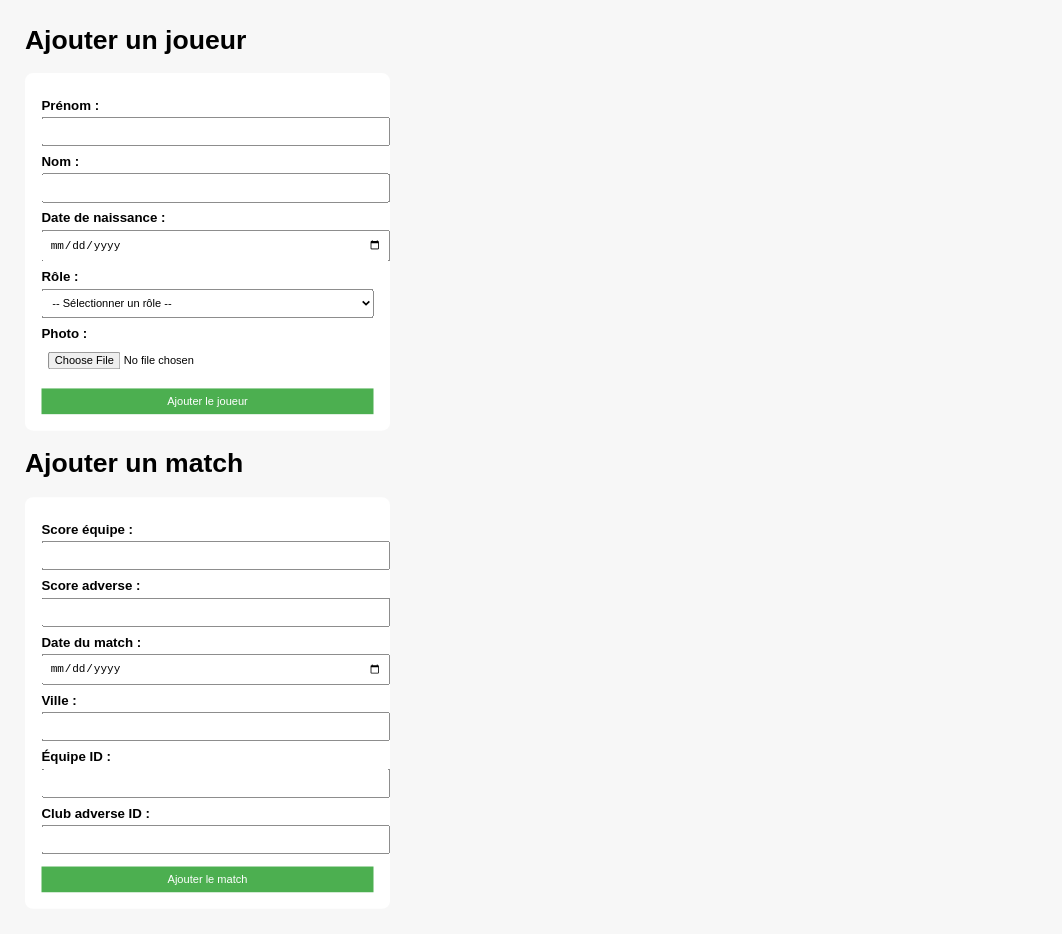
Repository: Valentin-Godard/Foot-2-Club
Page: http://localhost/public/index.php
An editor plug-in stored every save of this project. The page is shown before and after the next save, followed by the edit.
The browser window is 1280 px wide. The pictures show the whole page, at 83% of full size.
The page is run by PHP 8.4 with error messages shown; the project is at /var/www/html/. Queries for data that is not in the repository find no rows.

Above is the page before, as saved 2025-10-10 16:38:04.

### public/index.php
<?php

require_once __DIR__ . '/../src/autoload.php';
require_once __DIR__ . '/../includes/database.php'; // $pdo défini ici

use App\Model\Joueur;
use App\Model\MatchFoot;
use App\Enum\Role;
use App\Database\JoueurDatabase;
use App\Database\MatchDatabase;

$message = "";

// Instanciation des objets Database
$joueurDb = new JoueurDatabase($pdo);
$matchDb = new MatchDatabase($pdo);

// --- Gestion du formulaire Joueur ---
if ($_SERVER["REQUEST_METHOD"] === "POST" && isset($_POST['form_type']) && $_POST['form_type'] === 'joueur') {
    $prenom = trim($_POST["prenom"]);
    $nom = trim($_POST["nom"]);
    $dateNaissance = new DateTime($_POST["date_naissance"]);
    $roleValue = $_POST["role"] ?? null;

    // Validation du rôle
    $role = null;
    try {
        $role = Role::from($roleValue);
    } catch (ValueError $e) {
        $message = "❌ Rôle invalide.";
    }

    // Gestion de la photo
    $photoName = "";
    if (!empty($_FILES["photo"]["name"])) {
        $uploadDir = __DIR__ . "/uploads/";
        if (!is_dir($uploadDir)) mkdir($uploadDir, 0777, true);
        $photoName = basename($_FILES["photo"]["name"]);
        $targetPath = $uploadDir . $photoName;
        if (!move_uploaded_file($_FILES["photo"]["tmp_name"], $targetPath)) {
            $message = "❌ Erreur lors de l’upload de la photo.";
        }
    }

    // Création du joueur
    if (empty($message) && $role !== null) {
        $joueur = new Joueur(null, $prenom, $nom, $dateNaissance, $role, $photoName);
        $joueurDb->insert($joueur);
        $message = "✅ Joueur ajouté avec succès !";
    }
}

// --- Gestion du formulaire Match ---
if ($_SERVER["REQUEST_METHOD"] === "POST" && isset($_POST['form_type']) && $_POST['form_type'] === 'match') {
    $scoreEquipe = $_POST["score_equipe"];
    $scoreAdverse = $_POST["score_adverse"];
    $dateMatch = new DateTime($_POST["date_match"]);
    $ville = trim($_POST["ville"]);
    $equipeId = (int)$_POST["equipe_id"];
    $adversaireId = (int)$_POST["club_adverse_id"];

    $match = new MatchFoot(null, $scoreEquipe, $scoreAdverse, $dateMatch, $ville, $equipeId, $adversaireId);
    $matchDb->insert($match);
    $message = "✅ Match ajouté avec succès !";
}

?>

<!DOCTYPE html>
<html lang="fr">
<head>
    <meta charset="UTF-8">
    <title>Gestion FootDeClub</title>
    <style>
        body { font-family: Arial; margin: 30px; background-color: #f7f7f7; }
        form { background: white; padding: 20px; border-radius: 10px; width: 400px; margin-bottom: 20px; }
        label { font-weight: bold; display: block; margin-top: 10px; }
        input, select, button { width: 100%; padding: 8px; margin-top: 5px; }
        button { background-color: #4CAF50; color: white; border: none; cursor: pointer; margin-top: 15px; }
        button:hover { background-color: #45a049; }
        .message { margin-top: 15px; font-weight: bold; }
    </style>
</head>
<body>
    <h1>Ajouter un joueur</h1>

    <?php if (!empty($message)): ?>
        <p class="message"><?= htmlspecialchars($message) ?></p>
    <?php endif; ?>

    <!-- Formulaire Joueur -->
    <form method="POST" enctype="multipart/form-data">
        <input type="hidden" name="form_type" value="joueur">
        <label>Prénom :</label>
        <input type="text" name="prenom" required>
        <label>Nom :</label>
        <input type="text" name="nom" required>
        <label>Date de naissance :</label>
        <input type="date" name="date_naissance" required>
        <label>Rôle :</label>
        <select name="role" required>
            <option value="">-- Sélectionner un rôle --</option>
            <?php foreach (Role::cases() as $case): ?>
                <option value="<?= $case->value ?>"><?= $case->value ?></option>
            <?php endforeach; ?>
        </select>
        <label>Photo :</label>
        <input type="file" name="photo" accept="image/*" required>
        <button type="submit">Ajouter le joueur</button>
    </form>

    <h1>Ajouter un match</h1>

    <!-- Formulaire Match -->
    <form method="POST">
        <input type="hidden" name="form_type" value="match">
        <label>Score équipe :</label>
        <input type="text" name="score_equipe" required>
        <label>Score adverse :</label>
        <input type="text" name="score_adverse" required>
        <label>Date du match :</label>
        <input type="date" name="date_match" required>
        <label>Ville :</label>
        <input type="text" name="ville" required>
        <label>Équipe ID :</label>
        <input type="number" name="equipe_id" required>
        <label>Club adverse ID :</label>
        <input type="number" name="club_adverse_id" required>
        <button type="submit">Ajouter le match</button>
    </form>
</body>
</html>

### src/autoload.php
<?php
spl_autoload_register(function($class) {
    $prefix = 'App\\';
    $base_dir = __DIR__ . '/';
    $len = strlen($prefix);

    if (strncmp($prefix, $class, $len) !== 0) {
        return;
    }

    $relative_class = substr($class, $len);
    $file = $base_dir . str_replace('\\', '/', $relative_class) . '.php';

    if (file_exists($file)) {
        require $file;
    }
});

### includes/database.php
<?php
$host = '127.0.0.1';
$db   = 'footclub';
$user = 'root';
$pass = '';
$charset = 'utf8mb4';

$dsn = "mysql:host=$host;dbname=$db;charset=$charset";
$options = [
    PDO::ATTR_ERRMODE => PDO::ERRMODE_EXCEPTION,
    PDO::ATTR_DEFAULT_FETCH_MODE => PDO::FETCH_ASSOC,
];

try {
    $pdo = new PDO($dsn, $user, $pass, $options);
} catch (\PDOException $e) {
    die("Erreur de connexion à la base : " . $e->getMessage());
}

### src/Database/JoueurDatabase.php
<?php
namespace App\Database;

use App\Model\Joueur;
use PDO;
use DateTime;

class JoueurDatabase {
    private PDO $pdo;

    public function __construct(PDO $pdo) {
        $this->pdo = $pdo;
    }

    /**
     * Ajoute un joueur dans la base
     */
    public function insert(Joueur $joueur): void {
        $stmt = $this->pdo->prepare("
            INSERT INTO joueur (nom, prenom, date_de_naissance, photo)
            VALUES (:nom, :prenom, :date_de_naissance, :photo)
        ");

        $stmt->execute([
            ':nom' => $joueur->getNom(),
            ':prenom' => $joueur->getPrenom(),
            ':date_de_naissance' => $joueur->getBirthdate()->format("Y-m-d"),
            ':photo' => $joueur->getImage(),
        ]);
    }

    /**
     * Met à jour un joueur existant
     */
    public function update(Joueur $joueur): void {
        $stmt = $this->pdo->prepare("
            UPDATE joueurs
            SET nom = :nom, prenom = :prenom, date_de_naissance = :date_de_naissance, photo = :photo
            WHERE id = :id
        ");

        $stmt->execute([
            ':id' => $joueur->getId(),
            ':nom' => $joueur->getNom(),
            ':prenom' => $joueur->getPrenom(),
            ':date_de_naissance' => $joueur->getBirthdate()->format("Y-m-d"),
            ':photo' => $joueur->getImage(),
        ]);
    }

    /**
     * Récupère un joueur par son ID
     */
    public function findById(int $id): ?Joueur {
        $stmt = $this->pdo->prepare("SELECT * FROM joueurs WHERE id = ?");
        $stmt->execute([$id]);
        $data = $stmt->fetch(PDO::FETCH_ASSOC);

        if ($data) {
            return new Joueur(
                $data['id'],
                $data['prenom'],
                $data['nom'],
                new DateTime($data['date_de_naissance']),
                $data['photo']
            );
        }

        return null;
    }

    /**
     * Retourne la liste de tous les joueurs
     */
    public function findAll(): array {
        $stmt = $this->pdo->query("SELECT * FROM joueurs");
        $results = [];

        while ($data = $stmt->fetch(PDO::FETCH_ASSOC)) {
            $results[] = new Joueur(
                $data['id'],
                $data['prenom'],
                $data['nom'],
                new DateTime($data['date_de_naissance']),
                $data['photo']
            );
        }

        return $results;
    }

    /**
     * Supprime un joueur
     */
    public function delete(int $id): void {
        $stmt = $this->pdo->prepare("DELETE FROM joueurs WHERE id = ?");
        $stmt->execute([$id]);
    }
}

### src/Database/MatchDatabase.php
<?php
namespace App\Database;

use App\Model\MatchFoot;
use PDO;
use DateTime;

class MatchDatabase {
    private PDO $pdo;

    public function __construct(PDO $pdo) {
        $this->pdo = $pdo;
    }

    public function insert(MatchFoot $match): void {
        $stmt = $this->pdo->prepare("
            INSERT INTO matchs (date_match, ville, score_equipe, score_adverse, equipe_id, club_adverse_id)
            VALUES (?, ?, ?, ?, ?, ?)
        ");

        $stmt->execute([
            $match->getDate()->format("Y-m-d"),
            $match->getVille(),
            $match->getEquipe1Score(),
            $match->getEquipe2Score(),
            $match->getEquipeId(),
            $match->getAdversaireId()
        ]);
    }

    public function findAll(): array {
        $stmt = $this->pdo->query("SELECT * FROM matchs"); // attention, table "matchs"

        $matchs = [];
        while ($data = $stmt->fetch(PDO::FETCH_ASSOC)) {
            $matchs[] = new MatchFoot(
                $data['id'],
                $data['score_equipe'],
                $data['score_adverse'],
                new DateTime($data['date_match']),
                $data['ville'],
                $data['equipe_id'],
                $data['club_adverse_id']
            );
        }

        return $matchs;
    }
}

### src/enum/role.php
<?php
namespace App\Enum;

enum Role: string {
    case ATTAQUANT = 'Attaquant';
    case DEFENSEUR = 'Défenseur';
    case MILIEU = 'Milieu';
    case GARDIEN = 'Gardien';
}

### src/Database/EquipeDatabase.php
<?php
namespace App\Database;

use App\Model\Equipe;
use PDO;

class EquipeDatabase {
    private PDO $pdo;

    public function __construct(PDO $pdo) {
        $this->pdo = $pdo;
    }

    public function insert(Equipe $equipe): void {
        $stmt = $this->pdo->prepare("INSERT INTO equipes (nom) VALUES (?)");
        $stmt->execute([$equipe->getNom()]);
    }

    public function findAll(): array {
        $stmt = $this->pdo->query("SELECT * FROM equipes");
        $equipes = [];

        while ($data = $stmt->fetch(PDO::FETCH_ASSOC)) {
            $equipes[] = new Equipe($data['id'], $data['nom']);
        }

        return $equipes;
    }

    public function findById(int $id): ?Equipe {
        $stmt = $this->pdo->prepare("SELECT * FROM equipes WHERE id = ?");
        $stmt->execute([$id]);
        $data = $stmt->fetch(PDO::FETCH_ASSOC);

        return $data ? new Equipe($data['id'], $data['nom']) : null;
    }

    public function delete(int $id): void {
        $stmt = $this->pdo->prepare("DELETE FROM equipes WHERE id = ?");
        $stmt->execute([$id]);
    }
}

After the next save:
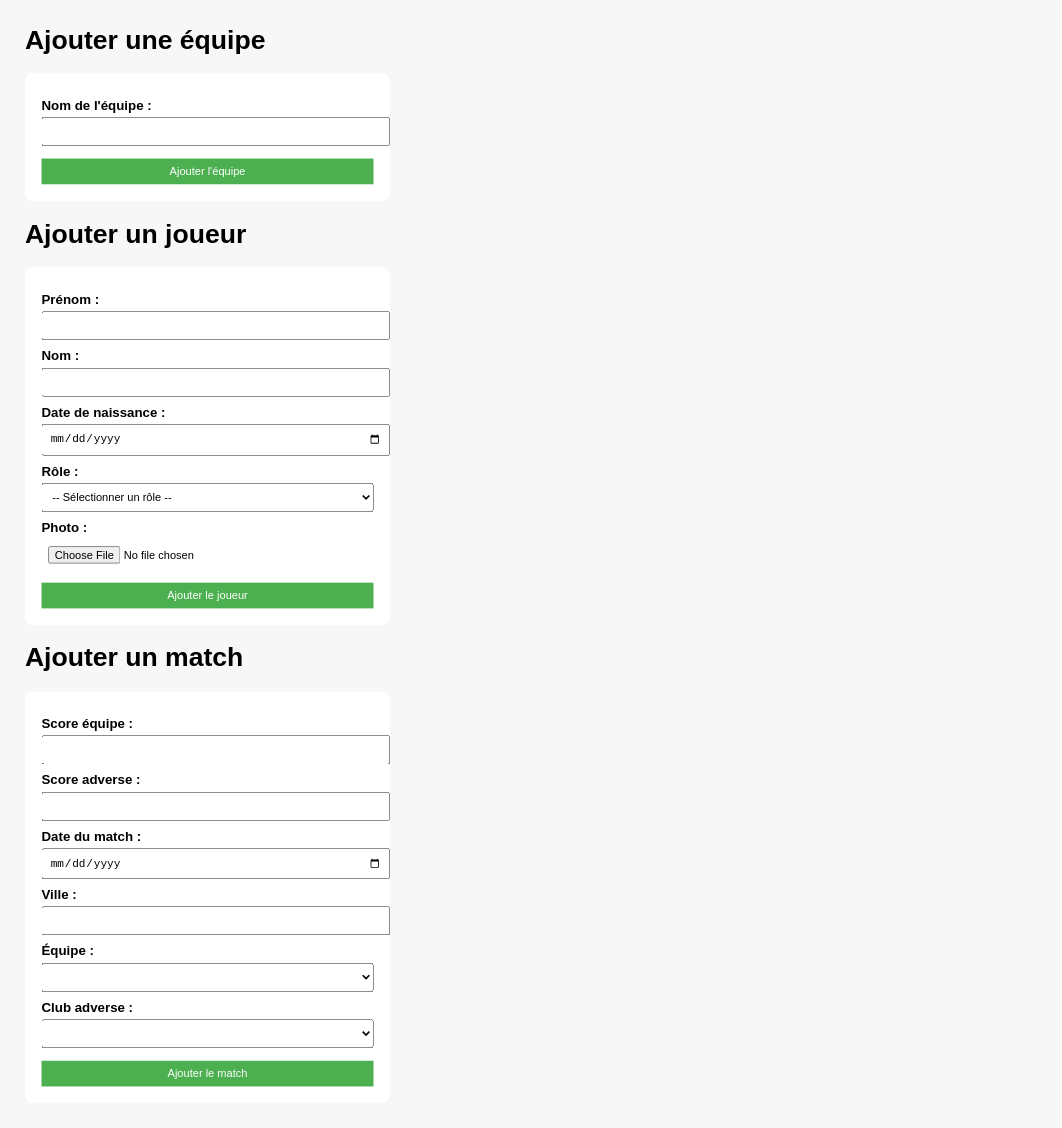
Saved 103 s later.
--- a/public/index.php
+++ b/public/index.php
@@ -1,22 +1,40 @@
 <?php
-
 require_once __DIR__ . '/../src/autoload.php';
-require_once __DIR__ . '/../includes/database.php'; // $pdo défini ici
+require_once __DIR__ . '/../includes/database.php';
 
 use App\Model\Joueur;
 use App\Model\MatchFoot;
+use App\Model\Equipe;
 use App\Enum\Role;
 use App\Database\JoueurDatabase;
 use App\Database\MatchDatabase;
+use App\Database\EquipeDatabase;
+
+// Instanciation des Database
+$joueurDb = new JoueurDatabase($pdo);
+$matchDb = new MatchDatabase($pdo);
+$equipeDb = new EquipeDatabase($pdo);
+
+// Récupération des équipes pour listes déroulantes
+$equipes = $equipeDb->findAll();
 
 $message = "";
 
-// Instanciation des objets Database
-$joueurDb = new JoueurDatabase($pdo);
-$matchDb = new MatchDatabase($pdo);
+// ---------------------- AJOUT D'ÉQUIPE ----------------------
+if ($_SERVER["REQUEST_METHOD"] === "POST" && ($_POST['form_type'] ?? '') === 'equipe') {
+    $nomEquipe = trim($_POST["nom_equipe"]);
+    if ($nomEquipe !== "") {
+        $equipe = new Equipe(null, $nomEquipe);
+        $equipeDb->insert($equipe);
+        $message = "✅ Équipe ajoutée avec succès !";
+        $equipes = $equipeDb->findAll(); // rafraîchir la liste
+    } else {
+        $message = "❌ Nom d'équipe vide.";
+    }
+}
 
-// --- Gestion du formulaire Joueur ---
-if ($_SERVER["REQUEST_METHOD"] === "POST" && isset($_POST['form_type']) && $_POST['form_type'] === 'joueur') {
+// ---------------------- AJOUT DE JOUEUR ----------------------
+if ($_SERVER["REQUEST_METHOD"] === "POST" && ($_POST['form_type'] ?? '') === 'joueur') {
     $prenom = trim($_POST["prenom"]);
     $nom = trim($_POST["nom"]);
     $dateNaissance = new DateTime($_POST["date_naissance"]);
@@ -42,7 +60,7 @@ if ($_SERVER["REQUEST_METHOD"] === "POST" && isset($_POST['form_type']) && $_POS
         }
     }
 
-    // Création du joueur
+    // Insertion dans la base si tout est valide
     if (empty($message) && $role !== null) {
         $joueur = new Joueur(null, $prenom, $nom, $dateNaissance, $role, $photoName);
         $joueurDb->insert($joueur);
@@ -50,8 +68,8 @@ if ($_SERVER["REQUEST_METHOD"] === "POST" && isset($_POST['form_type']) && $_POS
     }
 }
 
-// --- Gestion du formulaire Match ---
-if ($_SERVER["REQUEST_METHOD"] === "POST" && isset($_POST['form_type']) && $_POST['form_type'] === 'match') {
+// ---------------------- AJOUT DE MATCH ----------------------
+if ($_SERVER["REQUEST_METHOD"] === "POST" && ($_POST['form_type'] ?? '') === 'match') {
     $scoreEquipe = $_POST["score_equipe"];
     $scoreAdverse = $_POST["score_adverse"];
     $dateMatch = new DateTime($_POST["date_match"]);
@@ -61,9 +79,9 @@ if ($_SERVER["REQUEST_METHOD"] === "POST" && isset($_POST['form_type']) && $_POS
 
     $match = new MatchFoot(null, $scoreEquipe, $scoreAdverse, $dateMatch, $ville, $equipeId, $adversaireId);
     $matchDb->insert($match);
+
     $message = "✅ Match ajouté avec succès !";
 }
-
 ?>
 
 <!DOCTYPE html>
@@ -82,51 +100,65 @@ if ($_SERVER["REQUEST_METHOD"] === "POST" && isset($_POST['form_type']) && $_POS
     </style>
 </head>
 <body>
-    <h1>Ajouter un joueur</h1>
 
-    <?php if (!empty($message)): ?>
-        <p class="message"><?= htmlspecialchars($message) ?></p>
-    <?php endif; ?>
+<h1>Ajouter une équipe</h1>
+<form method="POST">
+    <input type="hidden" name="form_type" value="equipe">
+    <label>Nom de l'équipe :</label>
+    <input type="text" name="nom_equipe" required>
+    <button type="submit">Ajouter l'équipe</button>
+</form>
 
-    <!-- Formulaire Joueur -->
-    <form method="POST" enctype="multipart/form-data">
-        <input type="hidden" name="form_type" value="joueur">
-        <label>Prénom :</label>
-        <input type="text" name="prenom" required>
-        <label>Nom :</label>
-        <input type="text" name="nom" required>
-        <label>Date de naissance :</label>
-        <input type="date" name="date_naissance" required>
-        <label>Rôle :</label>
-        <select name="role" required>
-            <option value="">-- Sélectionner un rôle --</option>
-            <?php foreach (Role::cases() as $case): ?>
-                <option value="<?= $case->value ?>"><?= $case->value ?></option>
-            <?php endforeach; ?>
-        </select>
-        <label>Photo :</label>
-        <input type="file" name="photo" accept="image/*" required>
-        <button type="submit">Ajouter le joueur</button>
-    </form>
+<h1>Ajouter un joueur</h1>
+<form method="POST" enctype="multipart/form-data">
+    <input type="hidden" name="form_type" value="joueur">
+    <label>Prénom :</label>
+    <input type="text" name="prenom" required>
+    <label>Nom :</label>
+    <input type="text" name="nom" required>
+    <label>Date de naissance :</label>
+    <input type="date" name="date_naissance" required>
+    <label>Rôle :</label>
+    <select name="role" required>
+        <option value="">-- Sélectionner un rôle --</option>
+        <?php foreach (Role::cases() as $case): ?>
+            <option value="<?= $case->value ?>"><?= $case->value ?></option>
+        <?php endforeach; ?>
+    </select>
+    <label>Photo :</label>
+    <input type="file" name="photo" accept="image/*" required>
+    <button type="submit">Ajouter le joueur</button>
+</form>
 
-    <h1>Ajouter un match</h1>
+<h1>Ajouter un match</h1>
+<form method="POST">
+    <input type="hidden" name="form_type" value="match">
+    <label>Score équipe :</label>
+    <input type="text" name="score_equipe" required>
+    <label>Score adverse :</label>
+    <input type="text" name="score_adverse" required>
+    <label>Date du match :</label>
+    <input type="date" name="date_match" required>
+    <label>Ville :</label>
+    <input type="text" name="ville" required>
+    <label>Équipe :</label>
+    <select name="equipe_id" required>
+        <?php foreach ($equipes as $equipe): ?>
+            <option value="<?= $equipe->getId() ?>"><?= htmlspecialchars($equipe->getNom()) ?></option>
+        <?php endforeach; ?>
+    </select>
+    <label>Club adverse :</label>
+    <select name="club_adverse_id" required>
+        <?php foreach ($equipes as $equipe): ?>
+            <option value="<?= $equipe->getId() ?>"><?= htmlspecialchars($equipe->getNom()) ?></option>
+        <?php endforeach; ?>
+    </select>
+    <button type="submit">Ajouter le match</button>
+</form>
 
-    <!-- Formulaire Match -->
-    <form method="POST">
-        <input type="hidden" name="form_type" value="match">
-        <label>Score équipe :</label>
-        <input type="text" name="score_equipe" required>
-        <label>Score adverse :</label>
-        <input type="text" name="score_adverse" required>
-        <label>Date du match :</label>
-        <input type="date" name="date_match" required>
-        <label>Ville :</label>
-        <input type="text" name="ville" required>
-        <label>Équipe ID :</label>
-        <input type="number" name="equipe_id" required>
-        <label>Club adverse ID :</label>
-        <input type="number" name="club_adverse_id" required>
-        <button type="submit">Ajouter le match</button>
-    </form>
+<?php if (!empty($message)): ?>
+    <p class="message"><?= htmlspecialchars($message) ?></p>
+<?php endif; ?>
+
 </body>
 </html>
